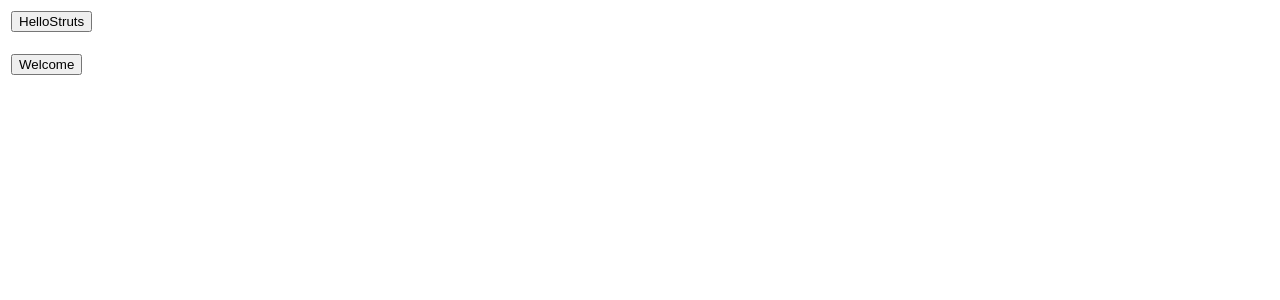
Repository: ryuhei0204/test
Page: http://localhost/WebProj3/
The author's editor kept a copy of each file at every save. The page is drawn from the files as they stood at one save, then again after the next save.
The browser window is 1280 px wide. The pictures show the whole page.
The page is served by Tomcat 9. Other server files are loaded and not shown.

Above is the page before, as saved 2019-05-09 07:46:34.

### WebProj3/WebContent/index.jsp
<%@ page language="java" contentType="text/html; charset=UTF-8"
    pageEncoding="UTF-8"%>
<%@taglib prefix="s" uri="/struts-tags" %>
<!DOCTYPE>
<html>
<head>
<meta charset="UTF-8">
<title>INDEX</title>
</head>
<body>
  <s:form action="HelloStrutsAction">
    <s:submit value="HelloStruts"/>
  </s:form>

  <s:form action="WelcomeAction">
    <s:submit value="Welcome"/>
  </s:form>
</body>
</html>

After the next save:
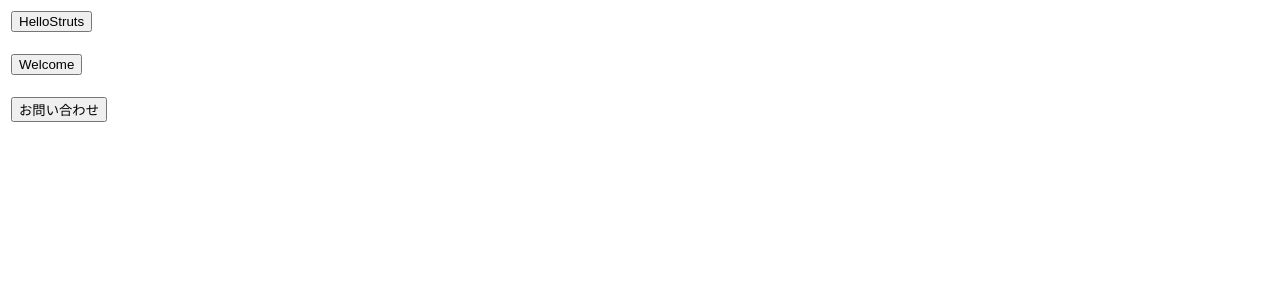
Saved 3 min 46 s later.
--- a/WebProj3/WebContent/index.jsp
+++ b/WebProj3/WebContent/index.jsp
@@ -15,5 +15,9 @@
   <s:form action="WelcomeAction">
     <s:submit value="Welcome"/>
   </s:form>
+
+  <s:form action="InquiryAction">
+    <s:submit value="お問い合わせ"/>
+  </s:form>
 </body>
 </html>
